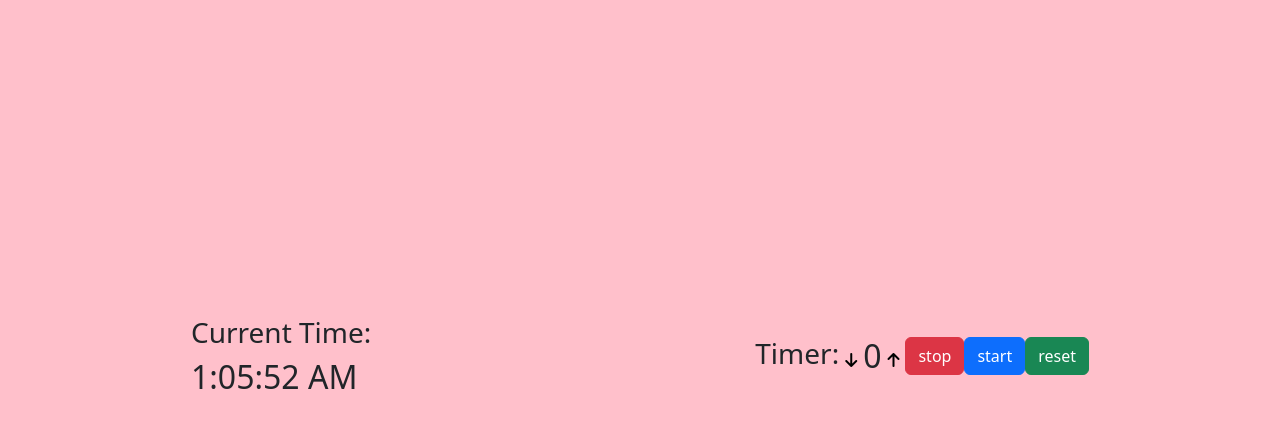
Repository: elqueben/hour-clock
Page: index.html
An editor plug-in stored every save of this project. The page is shown before and after the next save, followed by the edit.
The browser window is 1280 px wide. The pictures show the whole page.

Above is the page before, as saved 2023-02-22 12:41:20.

### index.html
<!DOCTYPE html>
<html lang="en">
  <head>
    <meta charset="UTF-8">
    <meta name="viewport" content="width=device-width, initial-scale=1.0">
    <link rel="stylesheet" href="https://cdn.jsdelivr.net/npm/bootstrap@5.2.3/dist/css/bootstrap.min.css" integrity="sha384-rbsA2VBKQhggwzxH7pPCaAqO46MgnOM80zW1RWuH61DGLwZJEdK2Kadq2F9CUG65" crossorigin="anonymous">
    <script crossorigin src="https://unpkg.com/react@18/umd/react.development.js"></script>
    <script crossorigin src="https://unpkg.com/react-dom@18/umd/react-dom.development.js"></script>
    <script src="https://unpkg.com/@babel/standalone/babel.min.js"></script>
    <link rel="stylesheet" href="/index.css">
    <title>>:O </title>
    <link rel="stylesheet" href="https://cdnjs.cloudflare.com/ajax/libs/font-awesome/6.2.1/css/all.min.css" integrity="sha512-MV7K8+y+gLIBoVD59lQIYicR65iaqukzvf/nwasF0nqhPay5w/9lJmVM2hMDcnK1OnMGCdVK+iQrJ7lzPJQd1w==" crossorigin="anonymous" referrerpolicy="no-referrer" />
  </head>
  <body>
    <div id="root"></div>
    <script type="text/babel" src="./index.js"></script>
  </body>
</html>

### index.css
#background {
    background-color: pink;
    min-height: 100vh;
    display: flex;
    align-items: center;
    justify-content: center;
}

#hour {
    padding-right: 15%;
}

#timer {
    padding-left: 15%;
    display: flex;
}

button {
    border: none;
    background-color: pink;
    font-weight: bold;
}

### index.js
function Clock() {


    const [time, setTime] = React.useState(new Date().toLocaleTimeString());
    const [second, setSecond] = React.useState(0)
    const [countdown, setCountdown] = React.useState(false)

    let zerofilled = ('0000' + second).slice(-4);

    let increaseSecond = () => {
        parseintsetSecond(zerofilled + 1)

    }

    let decreaseSecond = () => {
        if (second > 0) {
            setSecond(second - 1)
        }
    }

    let start = () => {
        if (second > 0) {
            setCountdown(true)
        }
        else {
            setCountdown(false)
        }

    }

    let stop = () => {
        setCountdown(false)
    }

    let reset = () => {
        setSecond(0)
    }


    React.useEffect(() => {
        const interval = setInterval(() => {
            setTime(new Date().toLocaleTimeString());
            if (countdown && second > 0) {
                setSecond(second - 1)
            }
        }, 1000)

        return () => clearInterval(interval)
    });

    return (
        <div id="background">
            <div id="hour">
                <h3>Current Time:</h3>
                <h2>{time}</h2>
            </div>
            <div id="timer">
                <h3>Timer:</h3>
                    <button onClick={decreaseSecond} ><i className="fa-solid fa-arrow-down"></i></button>
                <h2>{second}</h2>
                    <button onClick={increaseSecond}><i className="fa-solid fa-arrow-up"></i></button>
                <div id="buttons">
                    <button className="btn btn-danger" onClick={stop}>stop</button>
                    <button className="btn btn-primary" onClick={start}>start</button>
                    <button className="btn btn-success" onClick={reset}>reset</button>
                </div>
           </div>
        </div>
    )
}
ReactDOM.render(<Clock />, document.getElementById("root"))

After the next save:
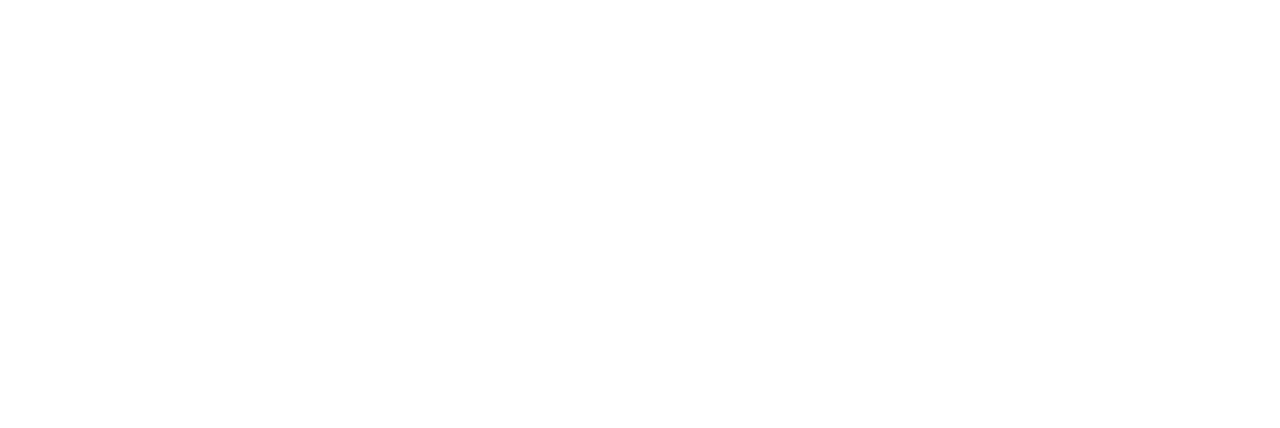
Console error (its wording comes from the project's code and is left out).
Saved 5 s later.
--- a/index.js
+++ b/index.js
@@ -8,7 +8,7 @@
     let zerofilled = ('0000' + second).slice(-4);
 
     let increaseSecond = () => {
-        parseintsetSecond(zerofilled + 1)
+        parseInt(setSecond(zerofilled + 1)
 
     }
 

After the save that followed:
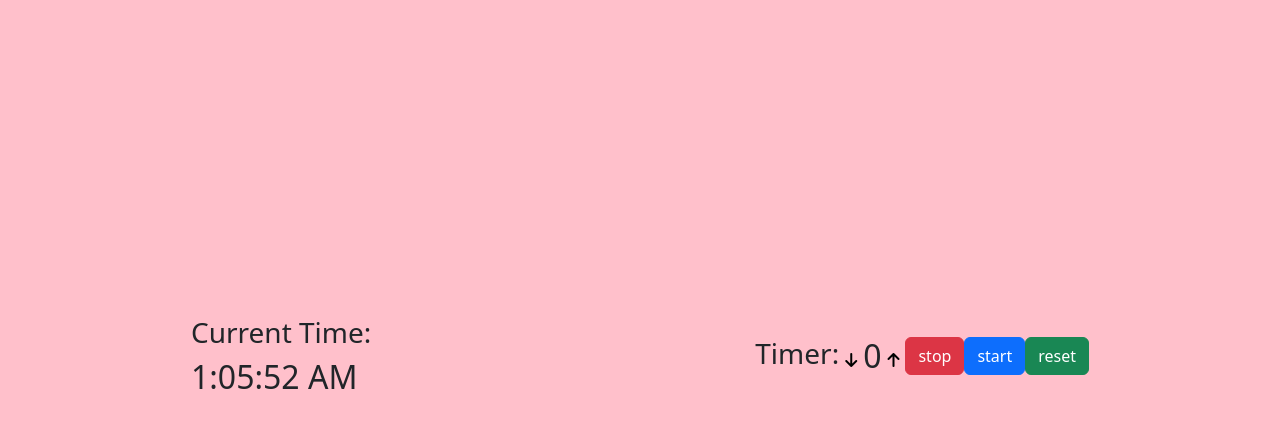
The error is gone.
Saved 4 s later.
--- a/index.js
+++ b/index.js
@@ -8,7 +8,7 @@
     let zerofilled = ('0000' + second).slice(-4);
 
     let increaseSecond = () => {
-        parseInt(setSecond(zerofilled + 1)
+        parseInt(setSecond(zerofilled + 1))
 
     }
 
